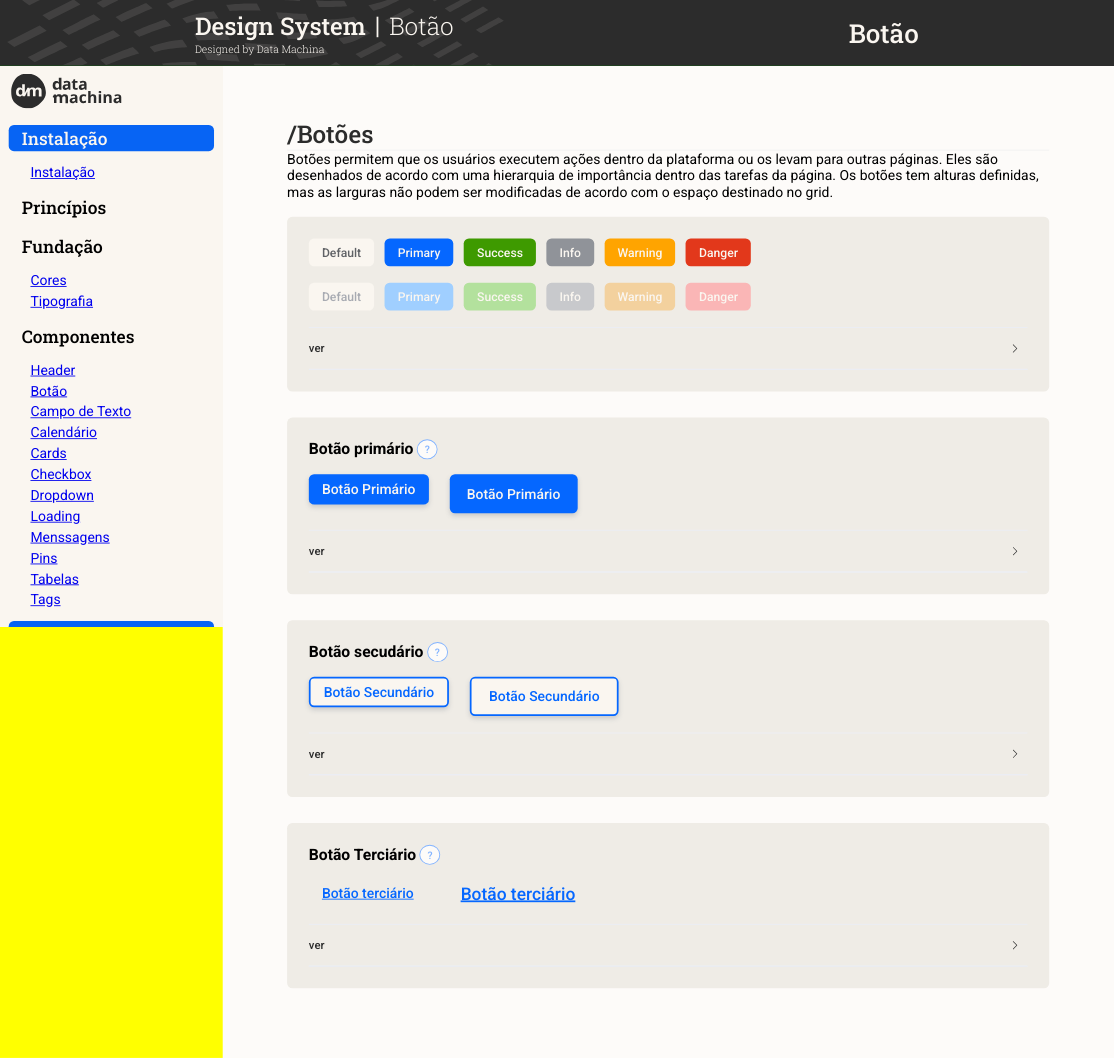
Repository: gustavoemmanoel/DM-Design-System
Page: /#/BotaoDs
The author's editor kept a copy of each file at every save. The page is drawn from the files as they stood at one save, then again after the next save.
The browser window is 1280 px wide. The pictures show the whole page, at 87% of full size.
The project was rebuilt for these pictures with package versions that can differ from the ones it lists, and the page was loaded fresh each time. Also part of the build but not shown: vue.config.js, src/views/Installation/InstallationEl.vue, src/views/Fundacao/ColorsDs.vue, src/views/Fundacao/IconografiaDs.vue, src/views/Fundacao/TipografiaDs.vue, src/views/Componentes/HeaderPage.vue, src/views/Componentes/CalendarioDs.vue, src/views/Componentes/CampoTextoDs.vue and 9 more.

Above is the page before, as saved 2022-10-20 15:52:26.

After the next save:
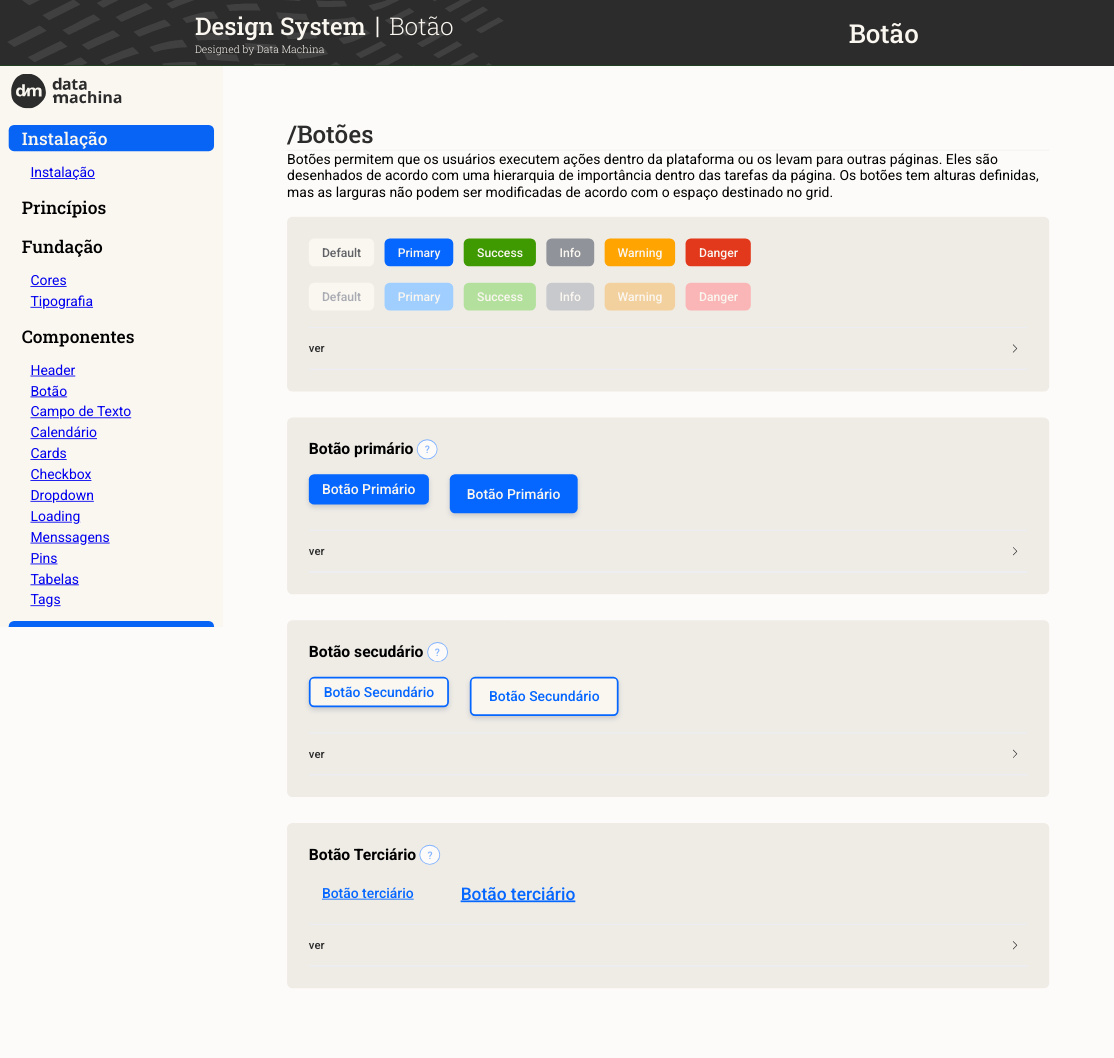
Saved 11 min 16 s later.
--- a/src/App.vue
+++ b/src/App.vue
@@ -43,7 +43,6 @@ body {
 }
 
 .el-aside {
-  background: yellow;
   margin-top: 75px;
   width: 256px;
 }
